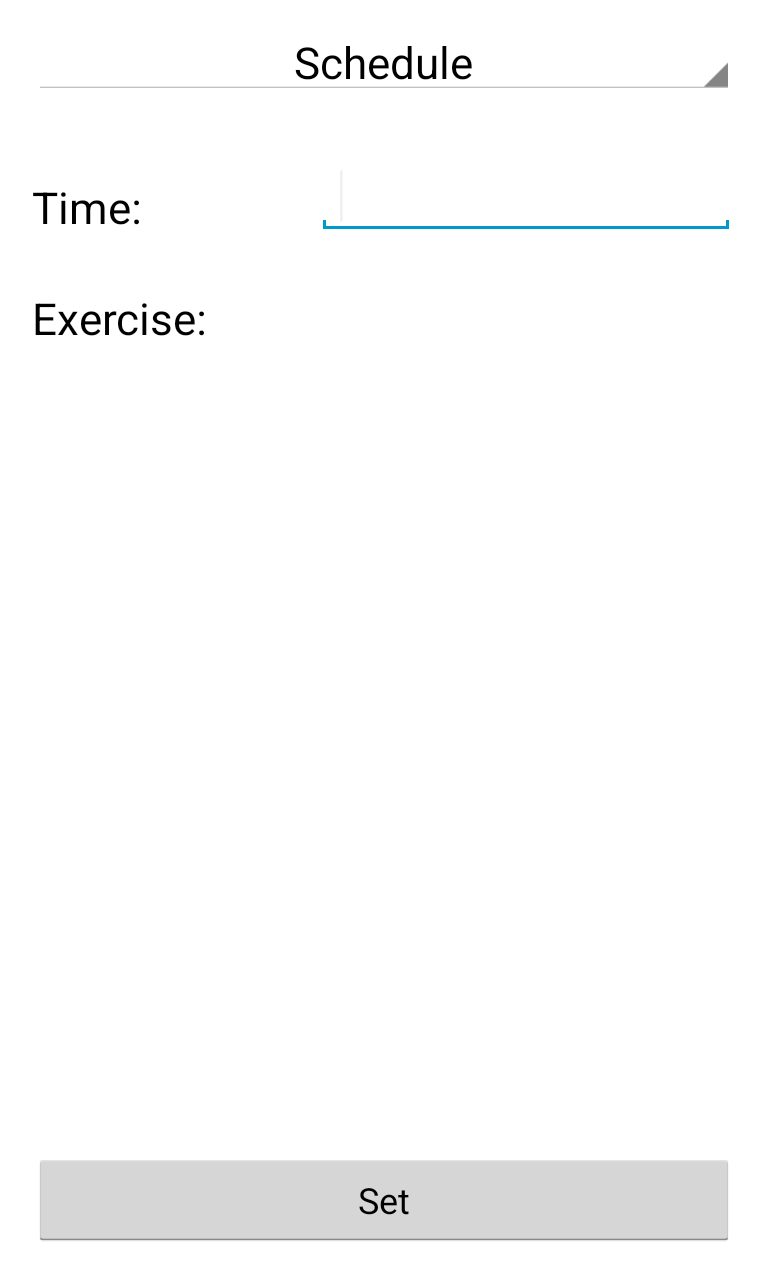
Repository: zi-yang-zhang/ECSE424-Group8
Layout: Hi Fi Prototype/ReHand/ReHand/res/layout/activity_schedule_page.xml
These files come from the project's save history. The layout is drawn as it stood at one moment and after the next save; the edit follows.
It is drawn on a 768 x 1280 px phone screen (xhdpi) without system bars, with theme AppTheme; the app's code is not run.

Above is the layout before, as saved 2014-02-20 05:52:58.

### Hi Fi Prototype/ReHand/ReHand/res/layout/activity_schedule_page.xml
<RelativeLayout xmlns:android="http://schemas.android.com/apk/res/android"
    xmlns:tools="http://schemas.android.com/tools"
    android:layout_width="match_parent"
    android:layout_height="match_parent"
    android:paddingBottom="@dimen/activity_vertical_margin"
    android:paddingLeft="@dimen/activity_horizontal_margin"
    android:paddingRight="@dimen/activity_horizontal_margin"
    android:paddingTop="@dimen/activity_vertical_margin"
    tools:context=".SchedulePage" >

    <TextView
        android:id="@+id/textView3"
        android:layout_width="wrap_content"
        android:layout_height="wrap_content"
        android:layout_alignParentTop="true"
        android:layout_centerHorizontal="true"
        android:text="@string/schedule"
        android:textAppearance="?android:attr/textAppearanceLarge" />

    <Button
        android:id="@+id/button1"
        android:layout_width="wrap_content"
        android:layout_height="wrap_content"
        android:layout_alignLeft="@+id/textView2"
        android:layout_alignParentBottom="true"
        android:layout_alignParentRight="true"
        android:text="@string/schedule_set" />

    <TextView
        android:id="@+id/textView1"
        android:layout_width="wrap_content"
        android:layout_height="wrap_content"
        android:layout_alignLeft="@+id/textView2"
        android:layout_below="@+id/textView3"
        android:layout_marginTop="43dp"
        android:text="@string/schedule_time"
        android:textAppearance="?android:attr/textAppearanceLarge" />

    <TextView
        android:id="@+id/textView2"
        android:layout_width="wrap_content"
        android:layout_height="wrap_content"
        android:layout_alignParentLeft="true"
        android:layout_below="@+id/textView1"
        android:layout_marginTop="26dp"
        android:text="@string/schedule_exercise"
        android:textAppearance="?android:attr/textAppearanceLarge" />

    <EditText
        android:id="@+id/editText1"
        android:layout_width="wrap_content"
        android:layout_height="wrap_content"
        android:layout_above="@+id/textView2"
        android:layout_alignRight="@+id/button1"
        android:ems="10"
        android:inputType="time" >

        <requestFocus />
    </EditText>

    <Spinner
        android:id="@+id/spinner"
        android:layout_width="fill_parent"
        android:layout_height="wrap_content" />

</RelativeLayout>

### Hi Fi Prototype/ReHand/ReHand/res/values/strings.xml
<?xml version="1.0" encoding="utf-8"?>
<resources>
    <string-array name="exercises">
        <item>Arm Rotation</item>
        <item>Claw Stretch</item>
        <item>Elbow Extension</item>
        <item>Finger Grip</item>
        <item>Finger Lift</item>
        <item>Open And Close</item>
        <item>Radial Deviation</item>
        <item>Thumb Stretch</item>
        <item>Wrist Flex</item>
    </string-array>
    <string name="app_name">ReHand</string>
    <string name="action_settings">Settings</string>
    <string name="hello_world">Hello world!</string>
    <string name="greeting_words">Welcome To ReHand</string>
    <string name="touch_screen_instructions">Tap on either button to continue</string>
    <string name="sign_up">Sign Up now!</string>
    <string name="log_in">Log In!</string>
    <string name="title_activity_home_page">HomePage</string>
    <string name="greeting_home_page">Welcome Back!</string>
    <string name="exercises">Exercises</string>
    <string name="schedule">Schedule</string>
    <string name="title_activity_exercise_list_page">ExerciseListPage</string>
    <string name="title_activity_schedule_page">SchedulePage</string>
    <string name="exercise_botton_text_claw_stretch">Claw Stretch</string>
    <string name="title_activity_claw_stretch_page">ClawStretchPage</string>
    <string name="exercise_level_text">"Level: "</string>
    <string name="claw_stretch_level">I</string>
    <string name="exercise_botton_schedule">Schedule</string>
    <string name="exercise_tutorial_check_box">Show Tutorial?</string>
    <string name="exercise_start_botton_text">Start!</string>
    <string name="title_activity_claw_stretch_exercise">ClawStretchExercise</string>
    <string name="test_end_game">End Game</string>
    <string name="title_activity_claw_stretch_tutorial_page">ClawStretchTutorialPage</string>
    <string name="title_activity_claw_stretch_result">ClawStretchResult</string>
    <string name="exercise_text_arm_rotation">Arm Rotation</string>
    <string name="excercise_text_elbow_extension">Elbow Extension</string>
    <string name="arm_rotation_level">I</string>
    <string name="elbow_extension_level">I</string>
    <string name="exercise_text_finger_grip">Finger Grip</string>
    <string name="finger_grip_level">I</string>
    <string name="exercise_text_open_and_close">Open And Close</string>
    <string name="open_and_close_level">I</string>
    <string name="exercise_text_finger_lift">Finger Lift</string>
    <string name="finger_lift_level">I</string>
    <string name="exercise_text_radial_deviation">Radial Deviation</string>
    <string name="wrist_flex_level">I</string>
    <string name="exercise_text_wrist_flex">Wrist Flex</string>
    <string name="exercise_text_thumb_stretch">Thumb Stretch</string>
    <string name="thumb_stretch_level">I</string>
    <string name="radial_deviation_level">I</string>
    <string name="tutorial_text">tutorial</string>
    <string name="exercise_text_elbow_extension">Elbow Extension</string>
    <string name="title_activity_arm_rotation_exercise">ArmRotationExercise</string>
    <string name="title_activity_arm_rotation_page">ArmRotationPage</string>
    <string name="title_activity_arm_rotation_result">ArmRotationResult</string>
    <string name="title_activity_arm_rotation_tutorial_page">ArmRotationTutorialPage</string>
    <string name="title_activity_elbow_extension_exercise">ElbowExtensionExercise</string>
    <string name="title_activity_elbow_extension_page">ElbowExtensionPage</string>
    <string name="title_activity_elbow_extension_result">ElbowExtensionResult</string>
    <string name="title_activity_elbow_extension_tutorial_page">ElbowExtensionTutorialPage</string>
    <string name="title_activity_finger_grip_exercise">FingerGripExercise</string>
    <string name="title_activity_finger_grip_page">FingerGripPage</string>
    <string name="title_activity_finger_grip_result">FingerGripResult</string>
    <string name="title_activity_finger_grip_tutorial_page">FingerGripTutorialPage</string>
    <string name="title_activity_finger_lift_exercise">FingerLiftExercise</string>
    <string name="title_activity_finger_lift_page">FingerLiftPage</string>
    <string name="title_activity_finger_lift_result">FingerLiftResult</string>
    <string name="title_activity_finger_lift_tutorial_page">FingerLiftTutorialPage</string>
    <string name="title_activity_open_and_close_exercise">OpenAndCloseExercise</string>
    <string name="title_activity_open_and_close_page">OpenAndClosePage</string>
    <string name="title_activity_open_and_close_result">OpenAndCloseResult</string>
    <string name="title_activity_open_and_close_tutorial_page">OpenAndCloseTutorialPage</string>
    <string name="title_activity_radial_deviation_exercise">RadialDeviationExercise</string>
    <string name="title_activity_radial_deviation_page">RadialDeviationPage</string>
    <string name="title_activity_radial_deviation_result">RadialDeviationResult</string>
    <string name="title_activity_radial_deviation_tutorial_page">RadialDeviationTutorialPage</string>
    <string name="title_activity_thumb_stretch_exercise">ThumbStretchExercise</string>
    <string name="title_activity_thumb_stretch_page">ThumbStretchPage</string>
    <string name="title_activity_thumb_stretch_result">ThumbStretchResult</string>
    <string name="title_activity_thumb_stretch_tutorial_page">ThumbStretchTutorialPage</string>
    <string name="title_activity_wrist_flex_exercise">WristFlexExercise</string>
    <string name="title_activity_wrist_flex_page">WristFlexPage</string>
    <string name="title_activity_wrist_flex_result">WristFlexResult</string>
    <string name="title_activity_wrist_flex_tutorial_page">WristFlexTutorialPage</string>
    <string name="result_text_this_time">This Time:</string>
    <string name="result_text_personal_best">Personal Best:</string>
    <string name="result_exercises_button_text">Exercises</string>
    <string name="progress">Progress</string>
    <string name="progress_text_title">Progress</string>
    <string name="progress_text_view_details">View Details</string>
    <string name="title_activity_progress_page">ProgressPage</string>
    <string name="title_activity_details_page">DetailsPage</string>
    <string name="progress_arm_rotation">Not Done</string>
    <string name="progress_claw_stretch">Not Done</string>
    <string name="progress_elbow_extension">Not Done</string>
    <string name="progress_finger_grip">Not Done</string>
    <string name="progress_finger_lift">Not Done</string>
    <string name="progress_open_and_close">Not Done</string>
    <string name="progress_radial_deviation">Not Done</string>
    <string name="progress_thumb_stretch">Not Done</string>
    <string name="progress_wrist_flex">Not Done</string>
    <string name="zero_percent">0%</string>
    <string name="schedule_time">Time:</string>
    <string name="schedule_exercise">Exercise:</string>
    <string name="schedule_set">Set</string>

</resources>

Loaded but not shown: Hi Fi Prototype/ReHand/ReHand/res/values/styles.xml (common file); Hi Fi Prototype/ReHand/ReHand/res/values-v11/styles.xml (common file); Hi Fi Prototype/ReHand/ReHand/res/values-v14/styles.xml (common file); Hi Fi Prototype/ReHand/ReHand/res/values/dimens.xml (common file)

After the next save:
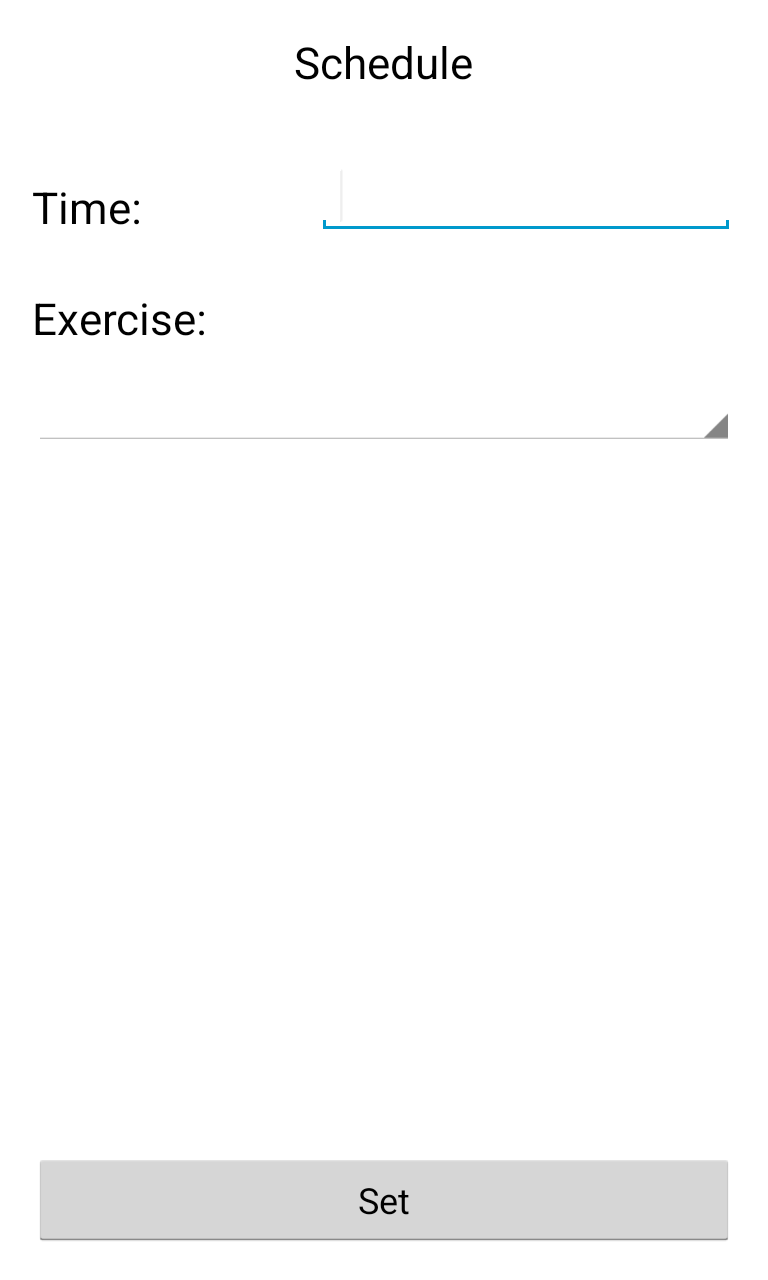
Saved 54 s later.
--- a/Hi Fi Prototype/ReHand/ReHand/res/layout/activity_schedule_page.xml
+++ b/Hi Fi Prototype/ReHand/ReHand/res/layout/activity_schedule_page.xml
@@ -61,6 +61,9 @@
     <Spinner
         android:id="@+id/spinner"
         android:layout_width="fill_parent"
-        android:layout_height="wrap_content" />
+        android:layout_height="wrap_content"
+        android:layout_alignParentRight="true"
+        android:layout_below="@+id/textView2"
+        android:layout_marginTop="18dp" />
 
 </RelativeLayout>
